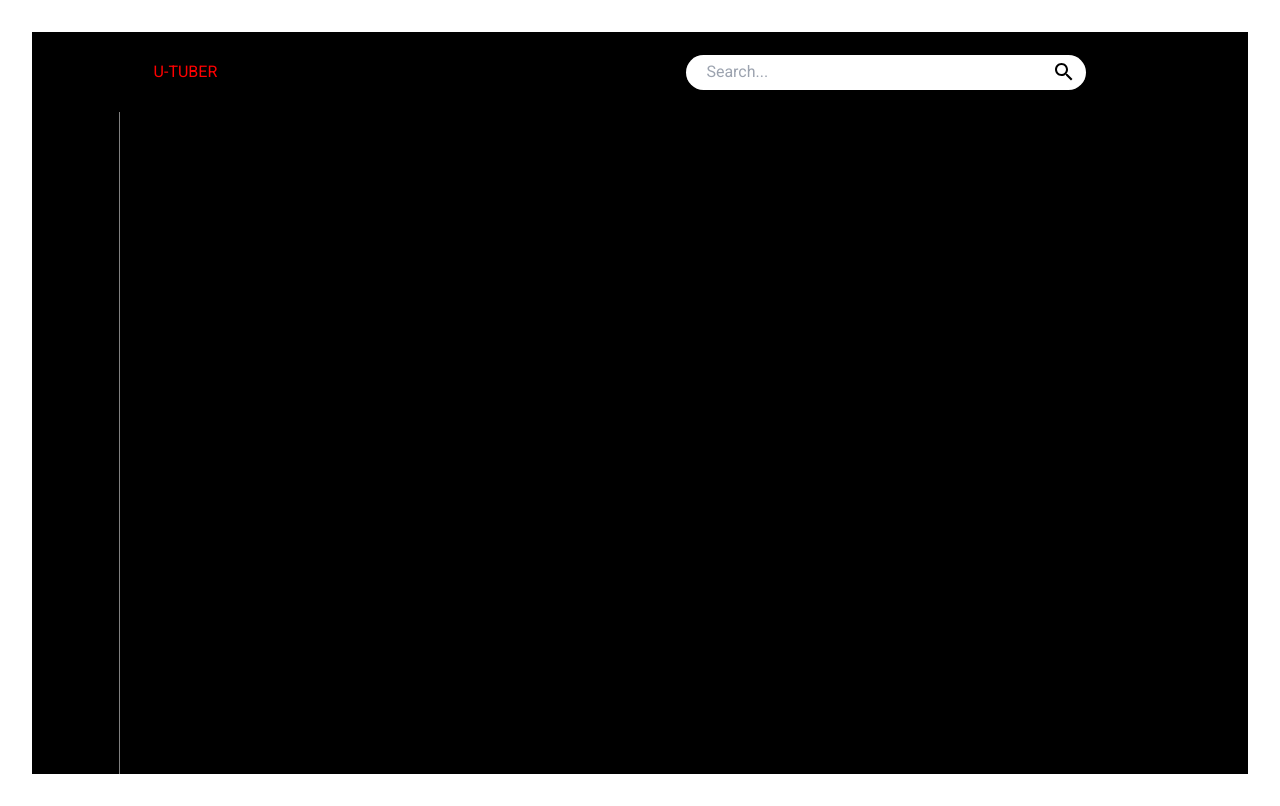
Repository: Nurlan-Bakenbaev/YoutubeClone
Page: /
An editor plug-in stored every save of this project. The page is shown before and after a run of saves, followed by the edit.
The browser window is 1280 px wide. The pictures show the whole page.
The project was rebuilt for these pictures with package versions that can differ from the ones it lists, and the page was loaded fresh each time. Also part of the build but not shown: vite.config.js, src/components/VideoDetails.jsx, src/components/SearchFeed.jsx, src/components/ChannelDetails.jsx.

Above is the page before, as saved 2023-09-06 09:34:57.

After the next 2 saves:
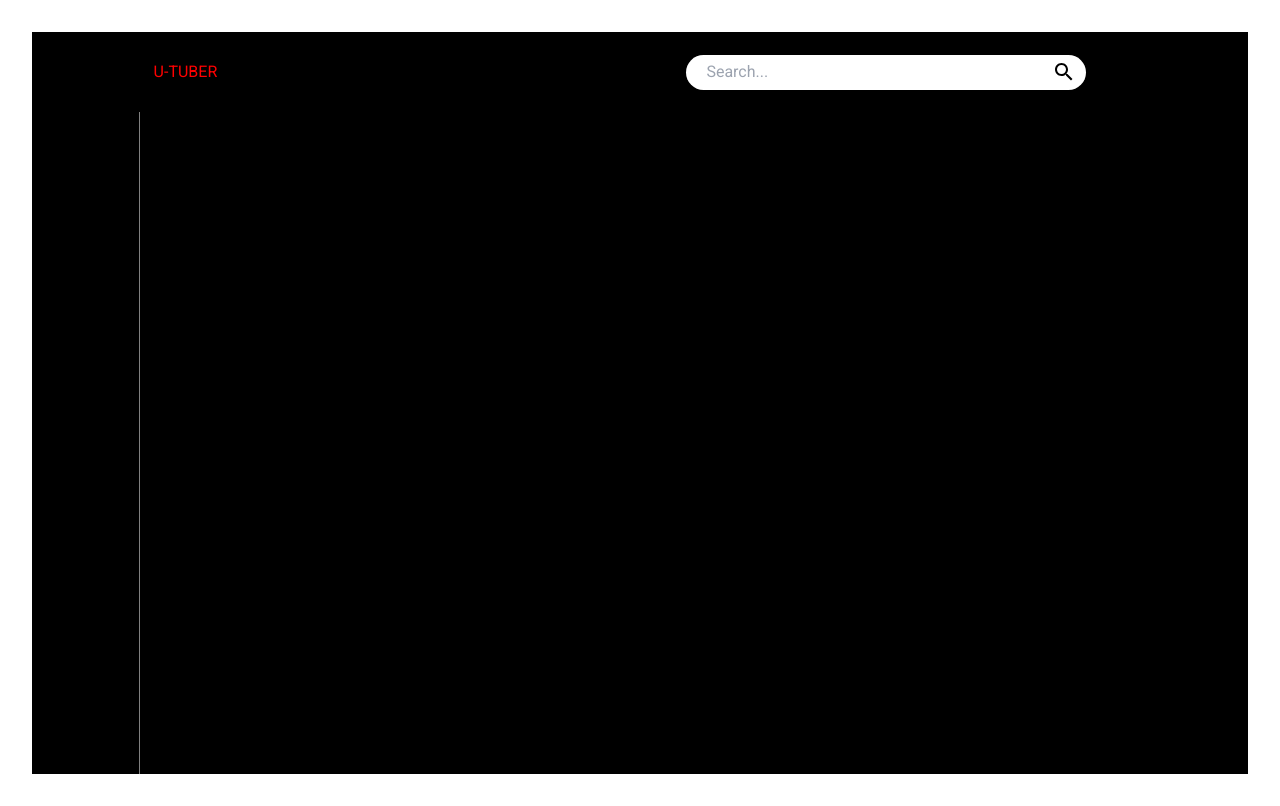
The 2 saves are shown as one change because they came seconds apart.
The last was saved 9 s later.
--- a/src/components/Feed.jsx
+++ b/src/components/Feed.jsx
@@ -10,6 +10,7 @@ const Feed = () => {
           borderRight: "1px solid gray", px:{sx:0,md:2}
         }}>
           SideBar
+          Ty
         </Box>
     </Stack>
   );
